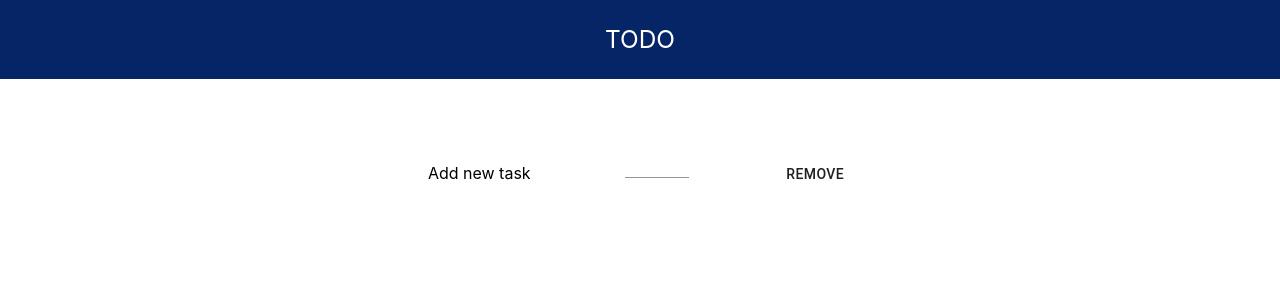
Repository: Shams97/Todo-app
Page: /
An editor plug-in stored every save of this project. The page is shown before and after the next save, followed by the edit.
The browser window is 1280 px wide. The pictures show the whole page.
The project was rebuilt for these pictures with package versions that can differ from the ones it lists, and the page was loaded fresh each time.

Above is the page before, as saved 2021-06-26 20:40:03.

### src/App.js
import './App.css';
import { Button,Input } from '@material-ui/core';

function App() {
  return (
    <div className="App">
      <header className="App-header">
            <p> TODO </p>
      </header>
        <div className="container">
          <label>Add new task </label> <Input className="task_input"></Input>
          <Button>remove</Button>
        </div>
    </div>
  );
}

export default App;

### src/App.css
.App {
  text-align: center;
}

.App-logo {
  height: 40vmin;
  pointer-events: none;
}

.task_input {
  margin:7%;
  width:4rem;
  height:0.625rem;
}

@media (prefers-reduced-motion: no-preference) {
  .App-logo {
    animation: App-logo-spin infinite 20s linear;
  }
}

.App-header {
  background-color: #052566;
  min-height: 10vh;
  display: flex;
  flex-direction: column;
  align-items: center;
  justify-content: center;
  font-size: calc(10px + 2vmin);
  color: white;
}


@keyframes App-logo-spin {
  from {
    transform: rotate(0deg);
  }
  to {
    transform: rotate(360deg);
  }
}

Loaded but not shown: public/index.html (common file); src/index.js (common file); src/index.css (common file); src/reportWebVitals.js (common file)

After the next save:
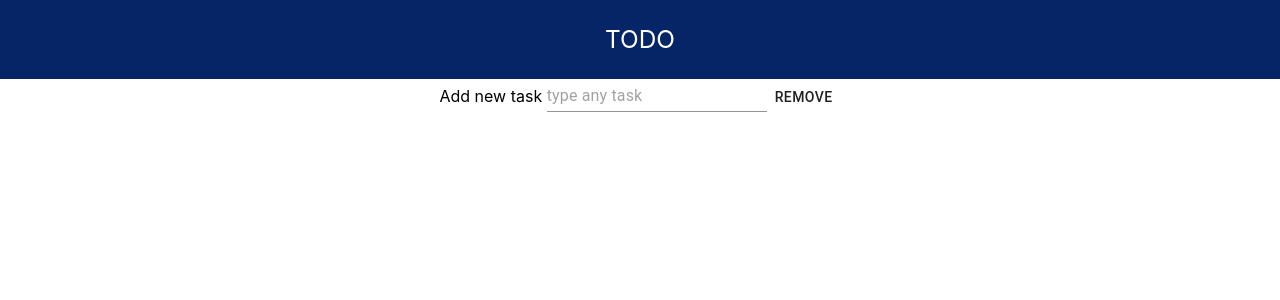
Saved 29 s later.
--- a/src/App.js
+++ b/src/App.js
@@ -8,7 +8,7 @@ function App() {
             <p> TODO </p>
       </header>
         <div className="container">
-          <label>Add new task </label> <Input className="task_input"></Input>
+          <label>Add new task </label> <Input placeholder="type any task"></Input>
           <Button>remove</Button>
         </div>
     </div>
